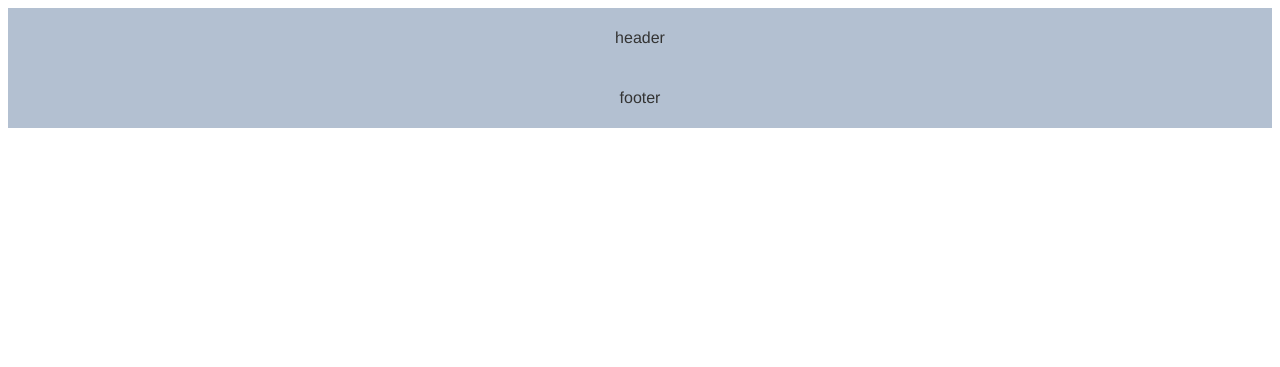
Repository: lagezhou888/element-vue2
Page: /#/button
The author's editor kept a copy of each file at every save. The page is drawn from the files as they stood at one save, then again after the next save.
The browser window is 1280 px wide. The pictures show the whole page.
The project was rebuilt for these pictures with package versions that can differ from the ones it lists, and the page was loaded fresh each time. Also part of the build but not shown: src/components/HelloWorld.vue, src/views/Home.vue.

Above is the page before, as saved 2021-05-13 13:52:36.

After the next save:
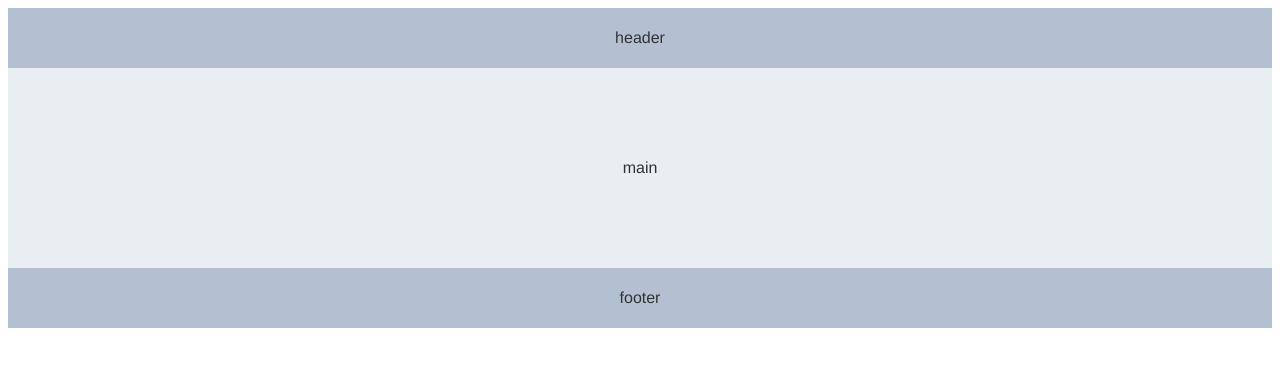
Saved 16 s later.
--- a/src/views/components/use-button.vue
+++ b/src/views/components/use-button.vue
@@ -4,6 +4,9 @@
         <el-header height="">
           header
         </el-header>
+        <el-main height="">
+          main
+        </el-main>
         <el-footer height="">
           footer
         </el-footer>
